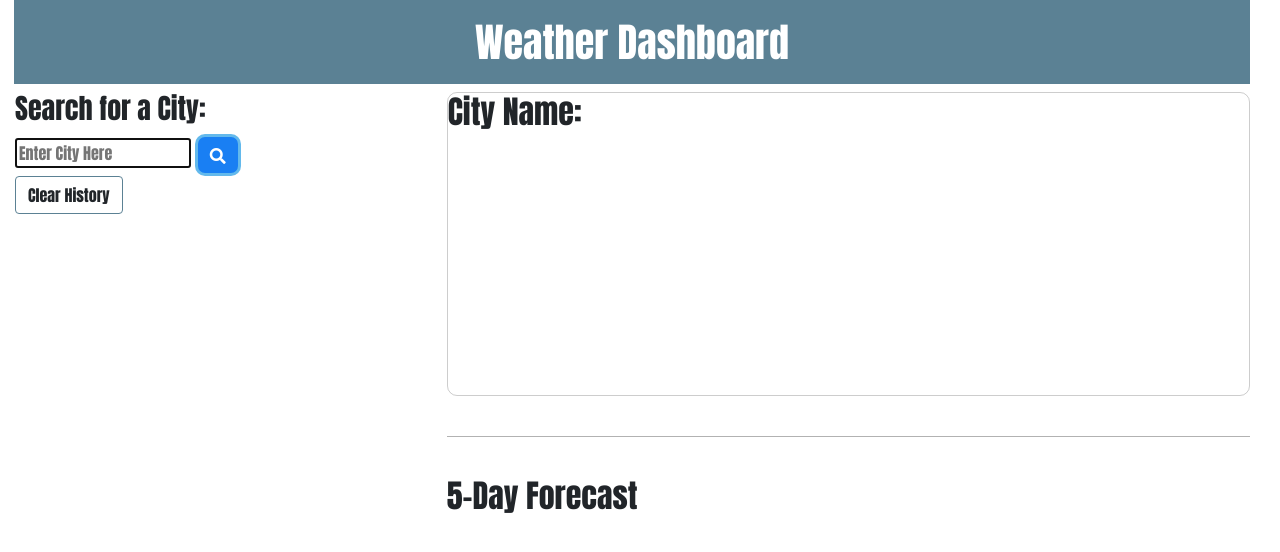
Repository: KHudaKoz/Weather-dashboard
Page: index.html
An editor plug-in stored every save of this project. The page is shown before and after a run of saves, followed by the edit.
The browser window is 1280 px wide. The pictures show the whole page.
Some web libraries are served in a nearby version.

Above is the page before, as saved 2021-01-28 20:14:09.

After the next 2 saves:
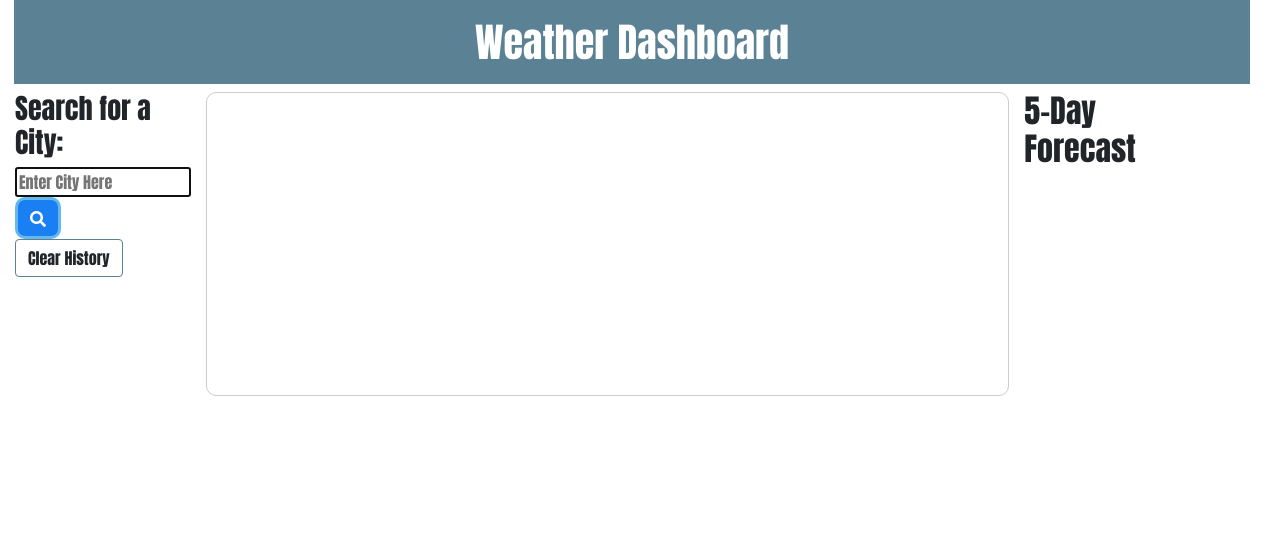
The 2 saves are shown as one change because they came seconds apart.
The last was saved 3 min 18 s later.
--- a/index.html
+++ b/index.html
@@ -49,12 +49,7 @@
     </div>
         <div class="col col-md-8">
             <div class="current-weather-container">
-                <div id="current-weather">
-                    <h2>City Name:</h2>
-                      <div id=" tempature"></div>
-                      <div id="humidity"></div>
-                      <div></div>
-                      <div></div>
+                <div id="current-weather"></div>
                 </div>
                 <div id="uv-display-styles"></div>
             </div>
